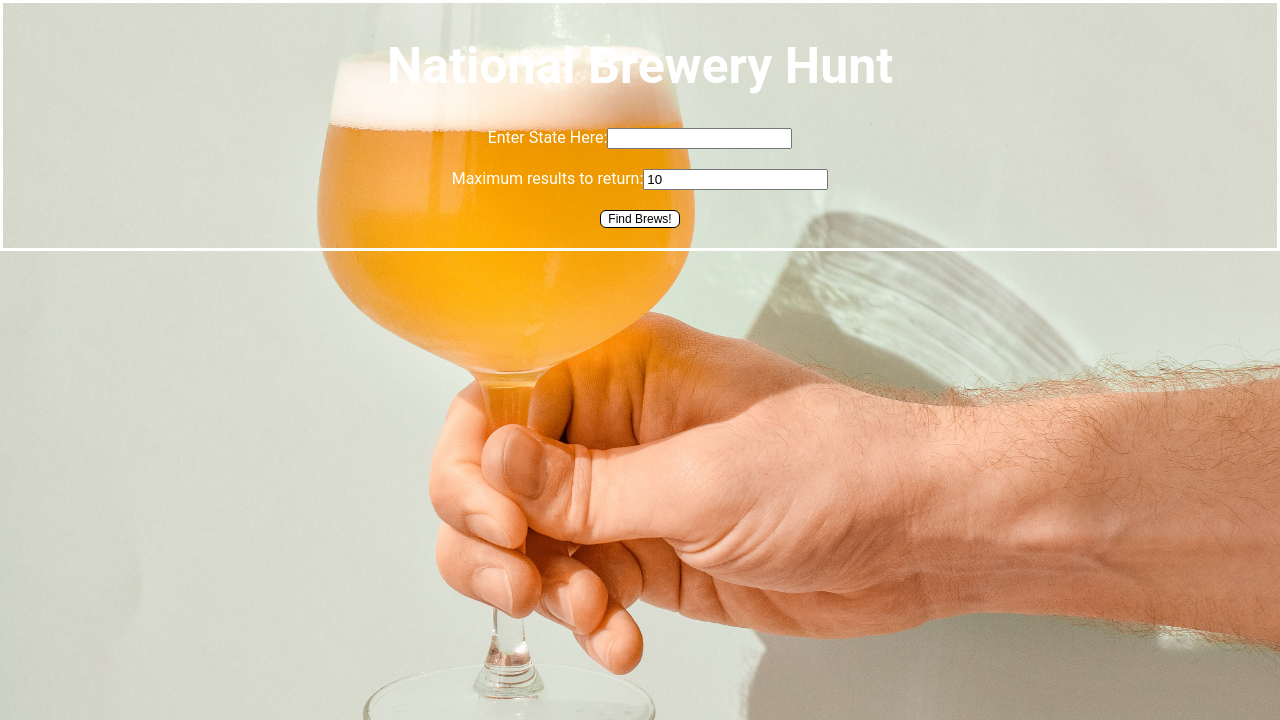
Repository: kaitlynMidori/searchBrews
Page: index.html
An editor plug-in stored every save of this project. The page is shown before and after the next save, followed by the edit.
The browser window is 1280 px wide. The pictures show the whole page.

Above is the page before, as saved 2021-04-24 12:27:21.

### index.html
<!DOCTYPE html>
<html lang="en">

<head>
    <meta charset="UTF-8" />
    <meta name="viewport" content="width=device-width, initial-scale=1.0" />
    <meta http-equiv="X-UA-Compatible" content="ie=edge" />
    <title>National Brewery Hunt</title>
    <link rel="stylesheet" href="style.css" />
</head>

<body>
    <div id="container">
        <h1>National Brewery Hunt</h1>

        <form id="search-form">
            <p>
                <label for="by_state">Enter State Here:</label>
                    <input type="text" name="by_state" id="by_state" required />
            </p>

            <p>
                <label for="max-results">Maximum results to return: </label>
                    <input type="number" name="max-results" id="max-results" value="10" />
            </p>

            <p>
                <input type="submit" value="Find Brews!" class="submit" />
            </p>
        </form>

        <p id="error-message"></p>

        <section id="results" class="hidden">
            <h2>Search results</h2>
            <ol id="results-list"></ol>
        </section>
    </div>
    <script src="https://code.jquery.com/jquery-3.3.1.js" integrity="sha256-2Kok7MbOyxpgUVvAk/HJ2jigOSYS2auK4Pfzbm7uH60=" crossorigin="anonymous"></script>
    <script src="app.js"></script>
</body>

</html>
<!-- This app doesn't follow a11y best practices, and the JS file is incomplete. Complete the getBreweries, displayResults, and watchSubmit functions. When you're done, this app should allow a user to search for a state, and display a list of breweries in that state. The list should include the brewery's name and a link to their website. You should make requests to this API: https://www.openbrewerydb.org/ . Make any necessary adjustments to make this app accessible. -->

### style.css

body {
    font-family: "Roboto", sans-serif;
    color: white;
    text-align: left;
    margin: auto;
    background: cover;
    background: url("images/beer.jpg") no-repeat center center fixed;
    -webkit-background-size: 100% auto;

-moz-background-size: 100% auto;

-ms-background-size: 100% auto;

-o-background-size: 100% auto;

background-size: 100% auto;

    border: solid;
}

.hidden {
    display: none;
}

h1  {
    text-align: center;
    font-size: 50px;
}

h2 {
    text-align: center;
}

/* .search-form {
    text-align: center;
    display: flex;
    flex-direction: column;
    width: auto;
    border: 1px solid black;
    padding: 30px;
    margin-left: 100px;
    margin-right: 100px;
    margin-bottom: 50px;
    border-radius: 8px;
} */

legend {
    text-align: center;
}

form p {
    margin: 5px;
    display: flex;
    width: auto;
    justify-content: center;
    margin: 20px 0 20px 0;
}

/* .results-list {
    margin: auto;
    width: 50px;
    height: 25px;
    padding: 0px;
    text-align: left;
    margin-bottom: 10px;
    margin-top: 10px;
    border-radius: 6px;
} */



.submit {
    border: 1px solid black;
    background-color: white;
    justify-content: center;
    margin-left: auto;
    margin-right: auto;
    width: 80px;
    height: 18px;
    border-radius: 6px;
    padding: 1px;
    font-size: 12px;
}

.submit:hover {
    cursor: pointer;
}

/* .results-amount:hover {
    cursor: text;
} */


/*Results Styling*/

/* .results-display-container {
    margin: auto;
} */

/* .single-result {
    border: 1px solid rgb(177, 175, 175);
    margin: auto;
    border-radius: 8px;
    box-shadow: -1px 2px rgb(209, 209, 209);
    padding: 15px;
    width: 1000px;
    margin-bottom: 15px;
} */

### app.js
"use strict";

const searchURL = ("https://api.openbrewerydb.org/breweries");

 //format query params
function formatQueryParams(params) {
    //return object array with params
   const queryItems = Object.keys(params)
   //produce object map param string key
     .map(key => `${key}=${params[key]}`)
     //return array as string
   return queryItems.join('&');
 }

function displayResults(responseJson, maxResults) {

    // if there are previous results, remove them
    console.log(responseJson);
    $("#results-list").empty();

    // iterate through the data array
    // list brewery name, city, url
    for (let i = 0; i < responseJson.length; i++) {
    $("#results-list").append(`<li class="each-product-result">

    <h3 class="product-name">${responseJson[i].name}</h3>
    <p class="product-price">${responseJson[i].city}</p>
    <p>Brewery page: <a href=${responseJson[i].website_url}>${responseJson[i].website_url}</a></p><br>
    <br>
    </li>`
      )
  };
    //display the results section
    $("#results").removeClass("hidden");
}

//getBreweries function
function getBreweries(query, maxResults) {
    //set API paramaters
    const params = {
        by_state: query,
        per_page: maxResults,
    };
    //declare queryString as formatQueryParams
    const queryString = formatQueryParams(params);
    //declare url to bind user input string to searchUrl
    const url = searchURL + "?" + queryString;
    console.log(url);
    //initiate fetch request using pure promise to get JSON object
    fetch(url)
    //check for resolved promise
        .then((response) => {
            // if response = true
            if (response.ok) {
                //return response object
                return response.json();
            }
            //raise exception to reject promise error and trigger .catch
            throw new Error(response.statusText);
        })
        .then((responseJson) => displayResults(responseJson, maxResults))
        //Catch any errors and return message
        .catch((err) => {
            $("#error-message").text(`Something went wrong: ${err.message}`);
        });
}

function watchForm() {
    // Bind an event handler to the “submit” JavaScript event
    $("form").submit((event) => {
        // If this method is called, the default action of the event will not be triggered.
        event.preventDefault();
        let by_state = $("#by_state").val();
	// by_state = by_state.replace(/\s/g, '');
        const maxResults = $("#max-results").val();
        getBreweries(by_state, maxResults);
    });
}

//call jQuery to pass in callback function when page loads
$(watchForm);

After the next save:
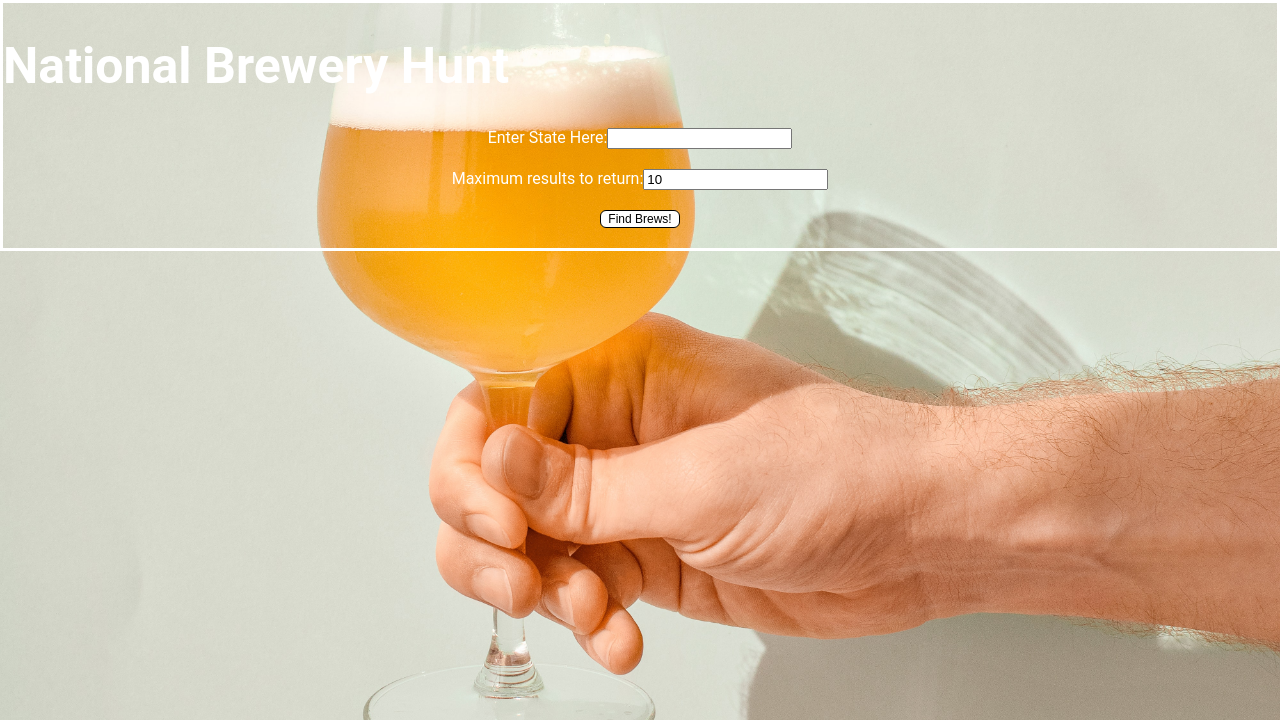
Saved 20 s later.
--- a/style.css
+++ b/style.css
@@ -2,7 +2,7 @@
 body {
     font-family: "Roboto", sans-serif;
     color: white;
-    text-align: left;
+
     margin: auto;
     background: cover;
     background: url("images/beer.jpg") no-repeat center center fixed;
@@ -24,7 +24,7 @@ background-size: 100% auto;
 }
 
 h1  {
-    text-align: center;
+    text-align: left;
     font-size: 50px;
 }
 
